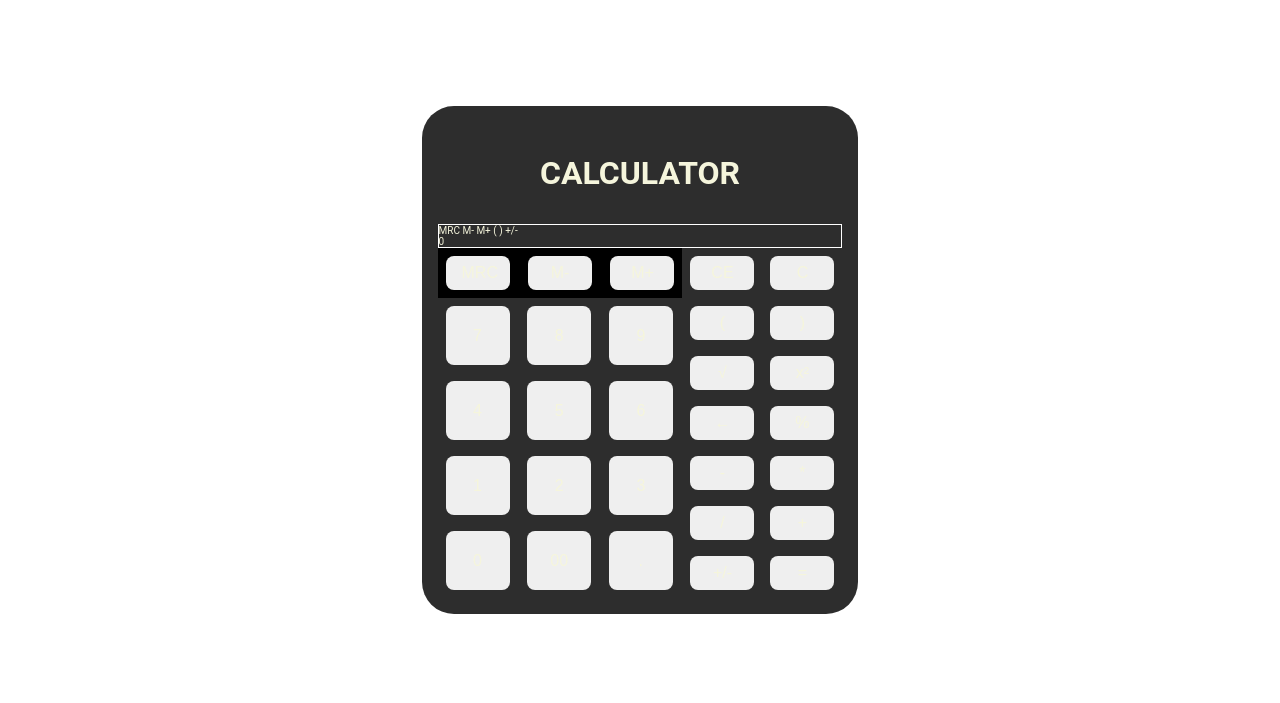
Repository: Denis793/CalculatorNew
Page: index.html
An editor plug-in stored every save of this project. The page is shown before and after the next save, followed by the edit.
The browser window is 1280 px wide. The pictures show the whole page.
The style sheet was rebuilt from its Sass, Less or Tailwind sources for each picture, by a compiler version that may differ from the author's.

Above is the page before, as saved 2025-05-17 18:26:24.

After the next save:
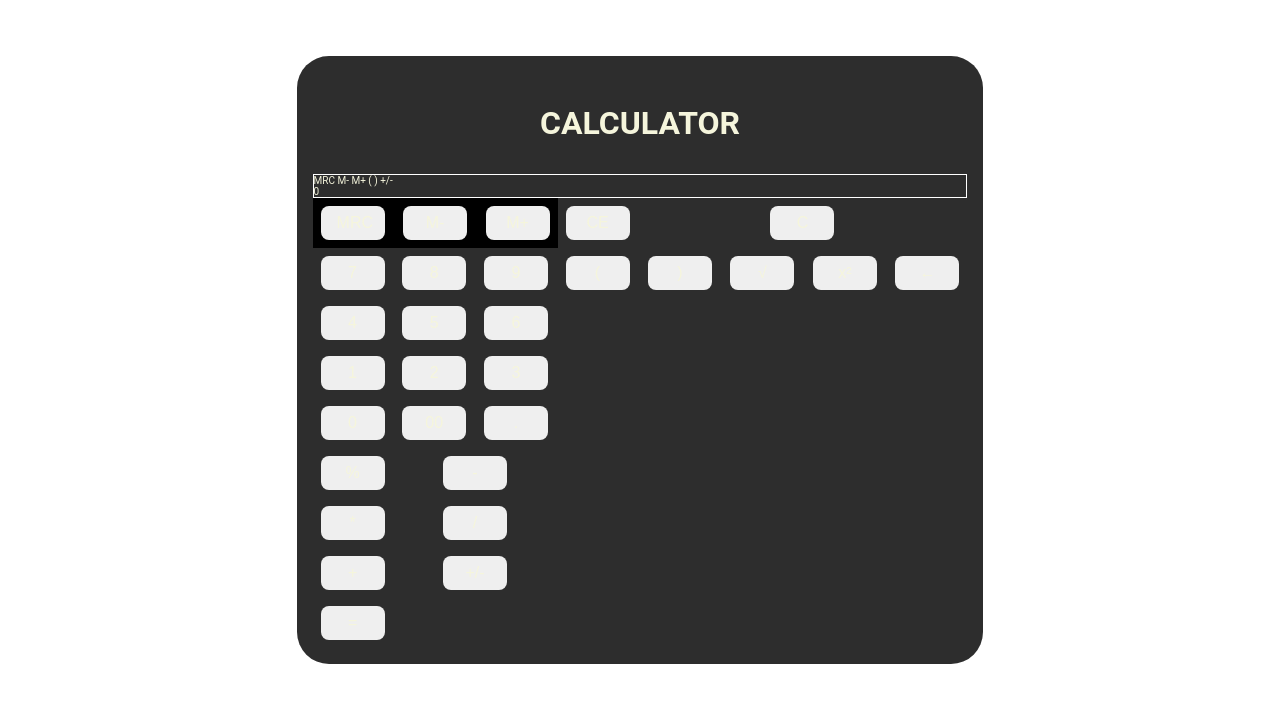
Saved 39 s later.
--- a/index.html
+++ b/index.html
@@ -55,12 +55,15 @@
           <button class="button">.</button>
         </div>
 
-        <div class="operationsBtn">
+        <div class="buttonFirst">
           <button class="button">(</button>
           <button class="button">)</button>
           <button class="button">√</button>
           <button class="button">x²</button>
           <button class="button">←</button>
+        </div>
+
+        <div class="operationsBtn">
           <button class="button">%</button>
           <button class="button">-</button>
           <button class="button">*</button>
